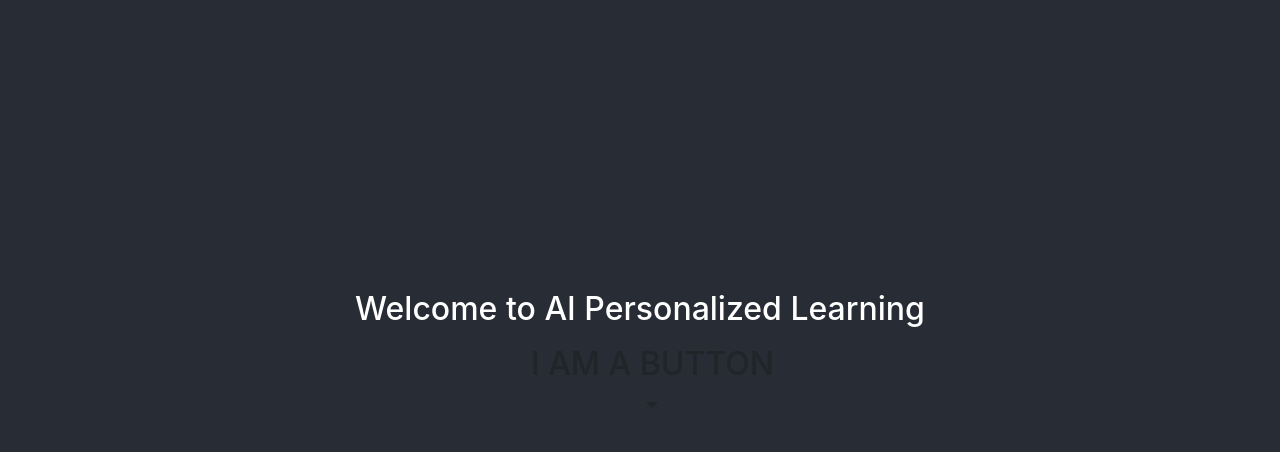
Repository: SP23-CSCE482/team_hunnid_app
Page: /
An editor plug-in stored every save of this project. The page is shown before and after a run of saves, followed by the edit.
The browser window is 1280 px wide. The pictures show the whole page.
The project was rebuilt for these pictures with package versions that can differ from the ones it lists, and the page was loaded fresh each time.

Above is the page before, as saved 2023-02-08 20:00:04.

### public/index.html
<!DOCTYPE html>
<html lang="en">
  <head>
    <meta charset="utf-8" />
    <link rel="icon" href="%PUBLIC_URL%/favicon.ico" />
    <meta name="viewport" content="width=device-width, initial-scale=1" />
    <meta name="theme-color" content="#000000" />
    <meta
      name="description"
      content="Web site created using create-react-app"
    />
    <link rel="apple-touch-icon" href="%PUBLIC_URL%/logo192.png" />
    <!--
      manifest.json provides metadata used when your web app is installed on a
      user's mobile device or desktop. See https://developers.google.com/web/fundamentals/web-app-manifest/
    -->
    <link rel="manifest" href="%PUBLIC_URL%/manifest.json" />
    <!--
      Notice the use of %PUBLIC_URL% in the tags above.
      It will be replaced with the URL of the `public` folder during the build.
      Only files inside the `public` folder can be referenced from the HTML.

      Unlike "/favicon.ico" or "favicon.ico", "%PUBLIC_URL%/favicon.ico" will
      work correctly both with client-side routing and a non-root public URL.
      Learn how to configure a non-root public URL by running `npm run build`.
    -->
    <title>React App</title>
    <link
      rel="stylesheet"
      href="https://cdn.jsdelivr.net/npm/bootstrap@5.1.3/dist/css/bootstrap.min.css"
      integrity="sha384-1BmE4kWBq78iYhFldvKuhfTAU6auU8tT94WrHftjDbrCEXSU1oBoqyl2QvZ6jIW3"
      crossorigin="anonymous"
    />
  </head>
  <body>
    <noscript>You need to enable JavaScript to run this app.</noscript>
    <div id="root"></div>
    <script
      src="https://cdn.jsdelivr.net/npm/bootstrap@5.1.3/dist/js/bootstrap.bundle.min.js"
      integrity="sha384-ka7Sk0Gln4gmtz2MlQnikT1wXgYsOg+OMhuP+IlRH9sENBO0LRn5q+8nbTov4+1p"
      crossorigin="anonymous"
    ></script>

    <!--
      This HTML file is a template.
      If you open it directly in the browser, you will see an empty page.

      You can add webfonts, meta tags, or analytics to this file.
      The build step will place the bundled scripts into the <body> tag.

      To begin the development, run `npm start` or `yarn start`.
      To create a production bundle, use `npm run build` or `yarn build`.
    -->
  </body>
</html>

### src/App.js
import logo from './logo.svg'
import './App.css'

function App() {
  return (
    <div className="App">
      <header className="App-header">
        <h2>Welcome to AI Personalized Learning</h2>
        <div className="btn-group">
          <button
            className={`text-capitalize btn btn-lg"`}
            type="button"
          ></button>
          <button
            type="button"
            className={`btn btn-lg dropdown-toggle dropdown-toggle-split`}
            data-bs-toggle="dropdown"
            aria-expanded="false"
          >
            <h2>I AM A BUTTON</h2>
            <span className="visually-hidden">Toggle Dropdown</span>
          </button>
        </div>
      </header>
      {/* <header className="App-header">
        <img src={logo} className="App-logo" alt="logo" />
        <p>
          Edit <code>src/App.js</code> and save to reload.
        </p>
        <a
          className="App-link"
          href="https://reactjs.org"
          target="_blank"
          rel="noopener noreferrer"
        >
          Learn React
        </a>
      </header> */}
    </div>
  )
}

export default App

Loaded but not shown: src/index.js (common file); src/index.css (common file); src/reportWebVitals.js (common file); src/App.css (common file)

After the next 2 saves:
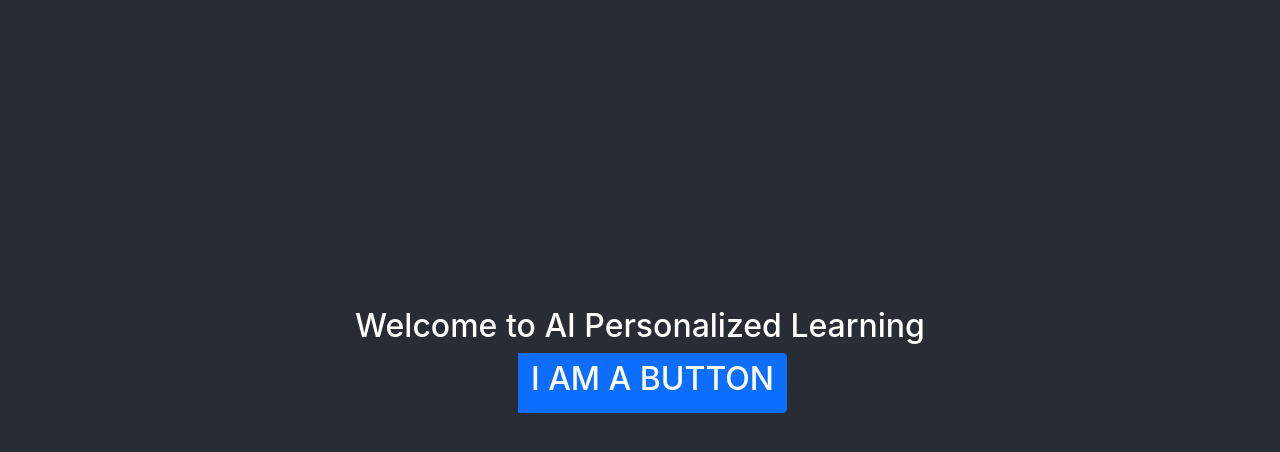
The 2 saves are shown as one change because 1 did not build or start.
The last was saved 53 s later.
--- a/src/App.js
+++ b/src/App.js
@@ -11,12 +11,7 @@
             className={`text-capitalize btn btn-lg"`}
             type="button"
           ></button>
-          <button
-            type="button"
-            className={`btn btn-lg dropdown-toggle dropdown-toggle-split`}
-            data-bs-toggle="dropdown"
-            aria-expanded="false"
-          >
+          <button type="button" className={`btn btn-large btn-primary`}>
             <h2>I AM A BUTTON</h2>
             <span className="visually-hidden">Toggle Dropdown</span>
           </button>
